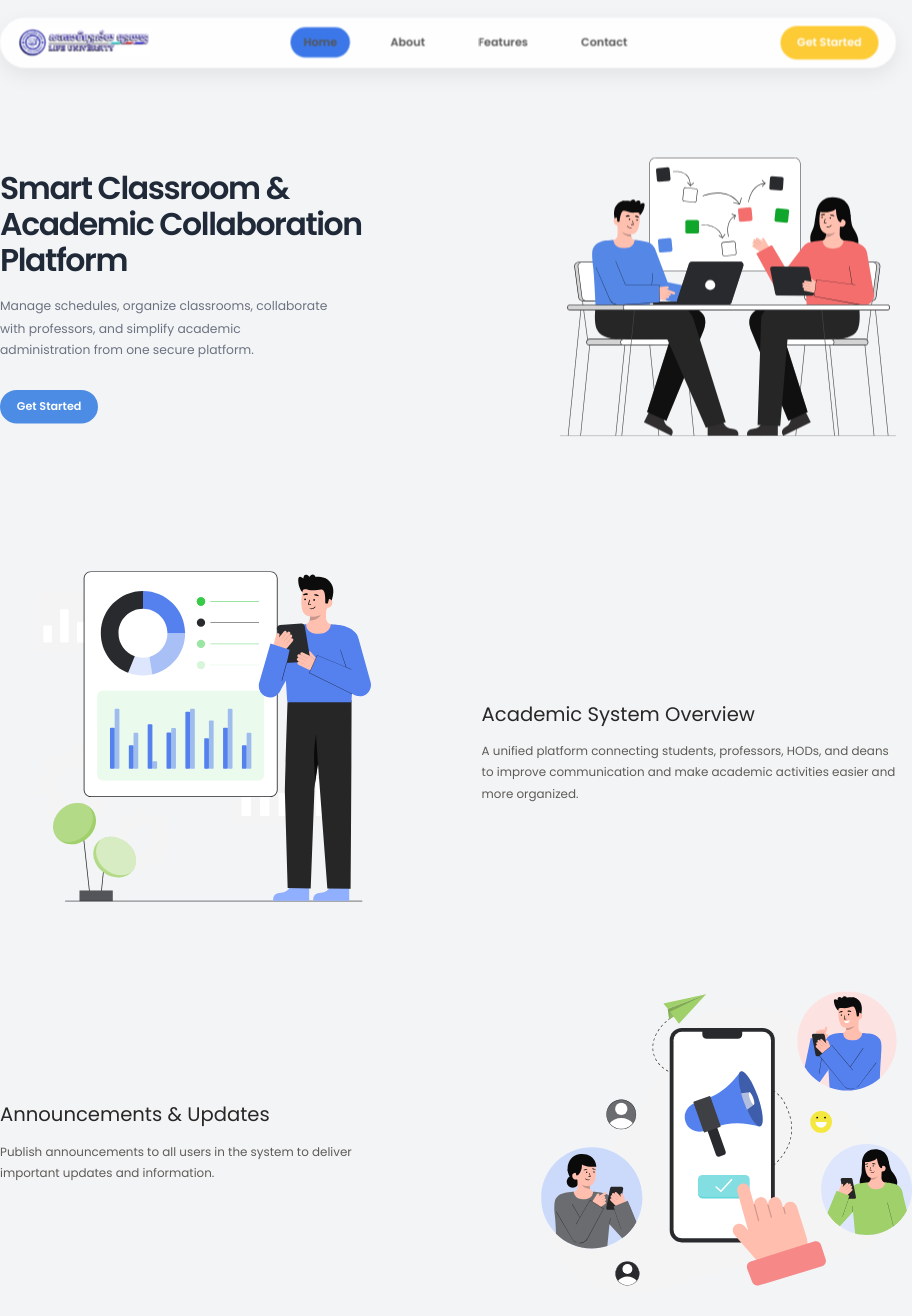
Repository: Chocovcandy/Classroom_Management_System
Page: http://localhost/
These files come from the project's save history. The page is drawn as it stood at one moment and after the next save; the edit follows.
The browser window is 1280 px wide. The page is 1303 px wide, so the pictures cover 1303 px, including what lies to the right of the window. The pictures show the part of the page from y = 0 to 1880 px (the page is 3936 px tall), at 70% of full size.
Some web libraries are served in a nearby version. The page is served by the project's Laravel application, run on PHP 8.4 with Laravel 12.

Above is the page before, as saved 2026-08-09 16:02:17.

After the next save:
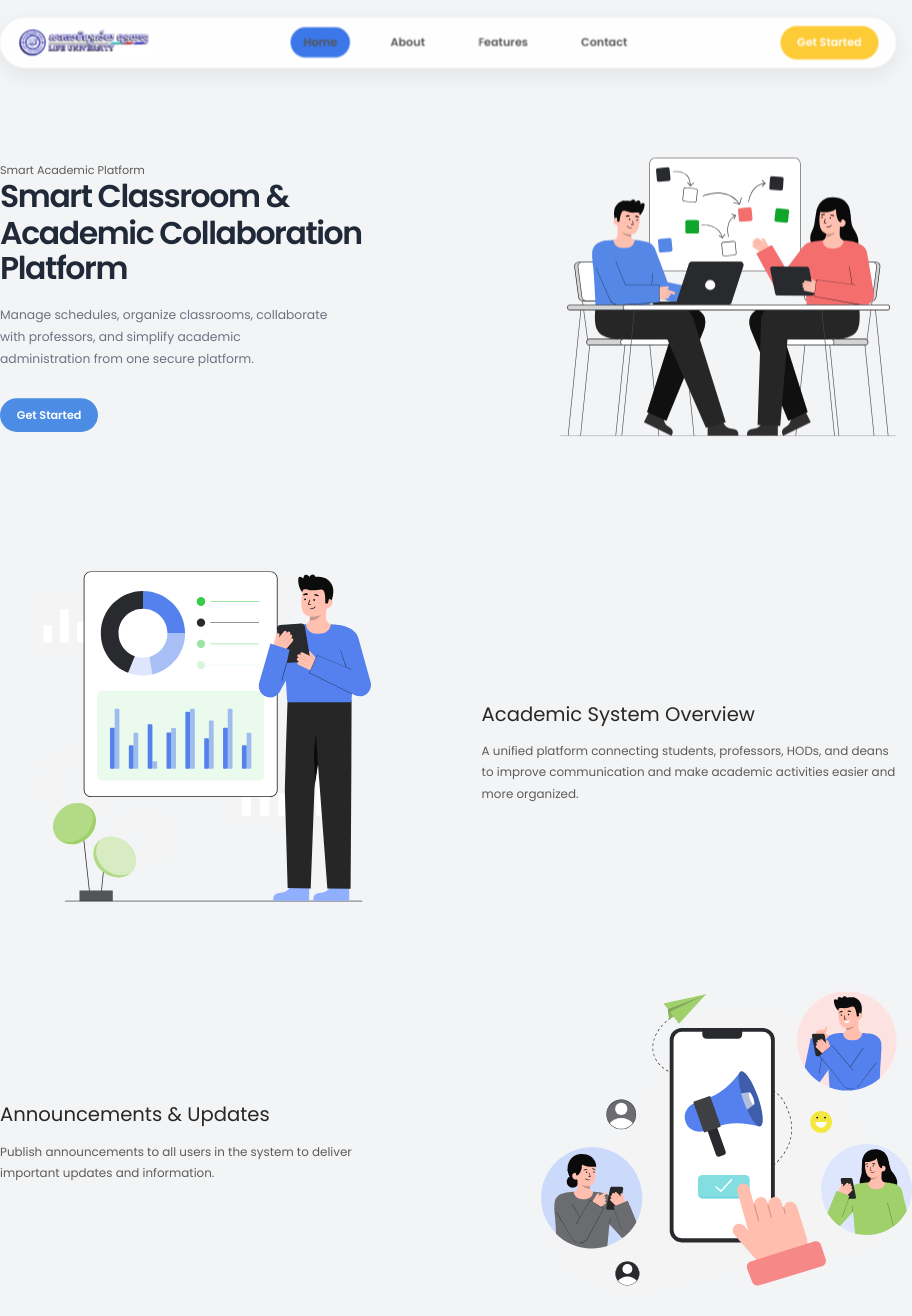
Saved 2 min 50 s later.
--- a/resources/views/welcome.blade.php
+++ b/resources/views/welcome.blade.php
@@ -53,36 +53,45 @@
         <main class="main">
 
             <!--=============== HOME ===============-->
-            <section class="home section" id="home">
-                <div class="home__container container">
-
-                    <div class="home__data">
-
-                        <h1 class="home__title">
-                            Smart Classroom &
-                            <span>Academic Collaboration</span>
-                            Platform
-                        </h1>
-
-                        <p class="home__description">
-                            Manage schedules, organize classrooms, collaborate with professors,
-                            and simplify academic administration from one secure platform.
-                        </p>
-
-                        <div class="home__buttons">
-                            <a href="{{ route('Login_page') }}" class="button">
-                                Get Started
-                            </a>
-                        </div>
-
-                    </div>
-
-                    <div class="img_svg1">
-                        <x-icons.home />
-                    </div>
-
-                </div>
-            </section>
+<section class="home section" id="home">
+    <div class="home__container container">
+
+        <div class="home__data">
+
+            <span class="home__eyebrow">
+                Smart Academic Platform
+            </span>
+
+            <h1 class="home__title">
+                Smart Classroom &
+                <span>Academic Collaboration</span>
+                Platform
+            </h1>
+
+            <p class="home__description">
+                Manage schedules, organize classrooms, collaborate with professors,
+                and simplify academic administration from one secure platform.
+            </p>
+
+            <div class="home__buttons">
+                <a href="{{ route('Login_page') }}" class="button">
+                    Get Started
+                    <i class="ri-arrow-right-line"></i>
+                </a>
+            </div>
+
+        </div>
+
+        <div class="home__visual">
+            <div class="home__visual-bg"></div>
+
+            <div class="img_svg1">
+                <x-icons.home />
+            </div>
+        </div>
+
+    </div>
+</section>
 
 
 
